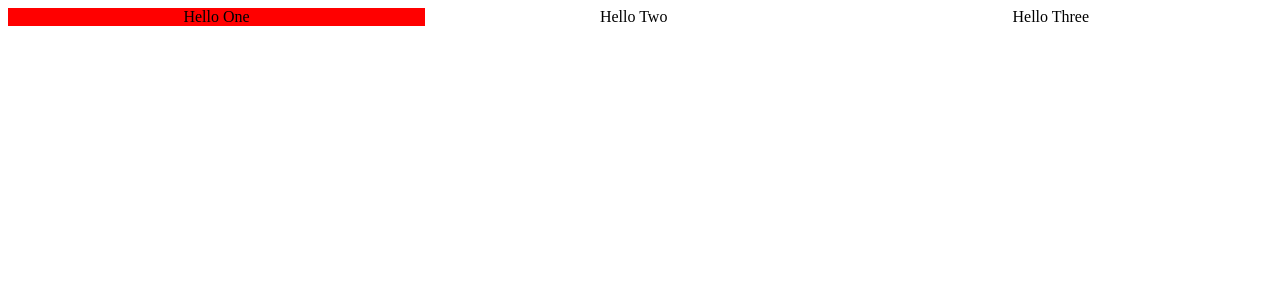
Repository: yjaneyy/ps-class-demo
Page: subfolder3/index-2.html
The author's editor kept a record of every edit. The page is drawn from the files as they stood at one moment, then again after the next edit.
The browser window is 1280 px wide. The pictures show the whole page.

Above is the page before.

After the next edit:
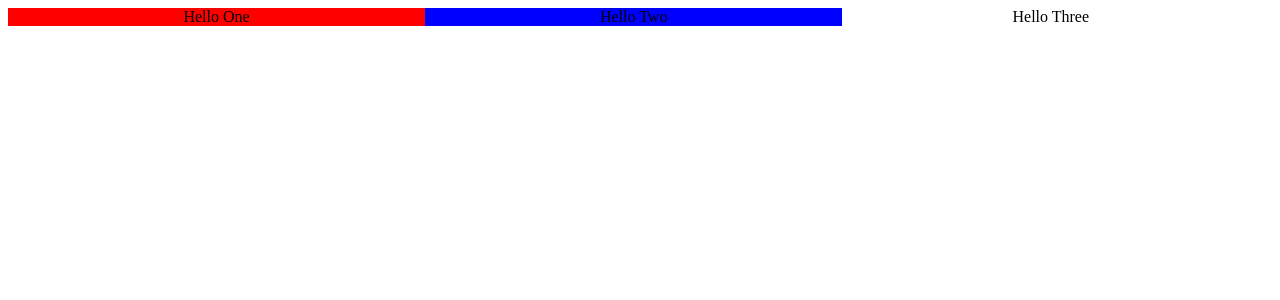
The edit:
--- a/subfolder3/index-2.html
+++ b/subfolder3/index-2.html
@@ -14,6 +14,13 @@
             .hello:first-child{
                 background-color:red;
             }
+            .hello:nth-child(2){
+                background-color:blue;
+            }
+            .hello:hover{
+                color:green;
+                font-size:20px;
+            }
         </style>
     </head>
     <body>
